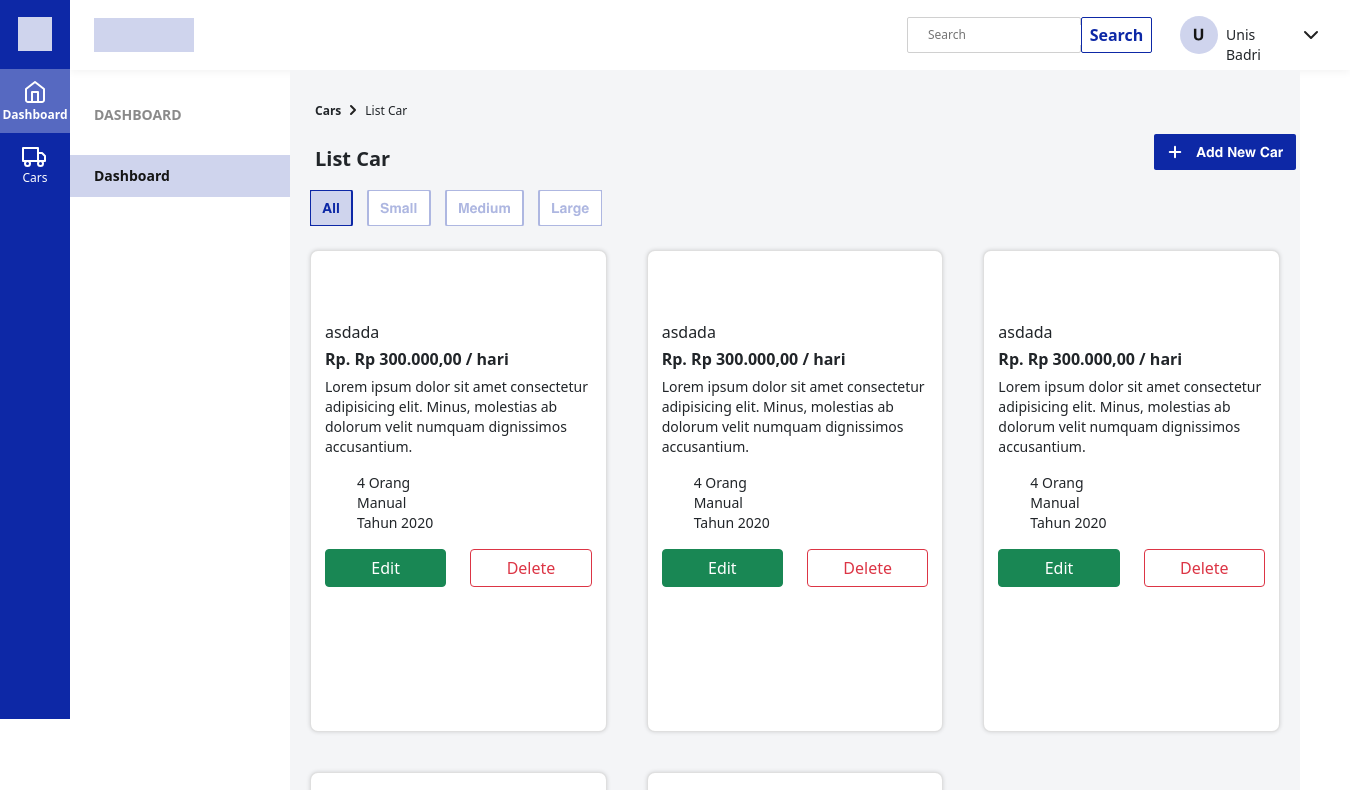
Repository: farrelmuhammad/challenge-7-binar
Page: /carlist
An editor plug-in stored every save of this project. The page is shown before and after the next save, followed by the edit.
The browser window is 1280 px wide. The page is 1350 px wide, so the pictures cover 1350 px, including what lies to the right of the window. The pictures show the whole page.
An inner scrolling area shows only its first screen. The project was rebuilt for these pictures with package versions that can differ from the ones it lists, and the page was loaded fresh each time. Also part of the build but not shown: src/component/navbar.js, src/component/header.js, src/component/footer.js, src/App.js, src/component/admin/Dashboard/index.jsx, src/pages/admin/Dashboard.js, src/component/searchForm.js, src/pages/cars.js.

Above is the page before, as saved 2022-05-27 20:03:21.

After the next save:
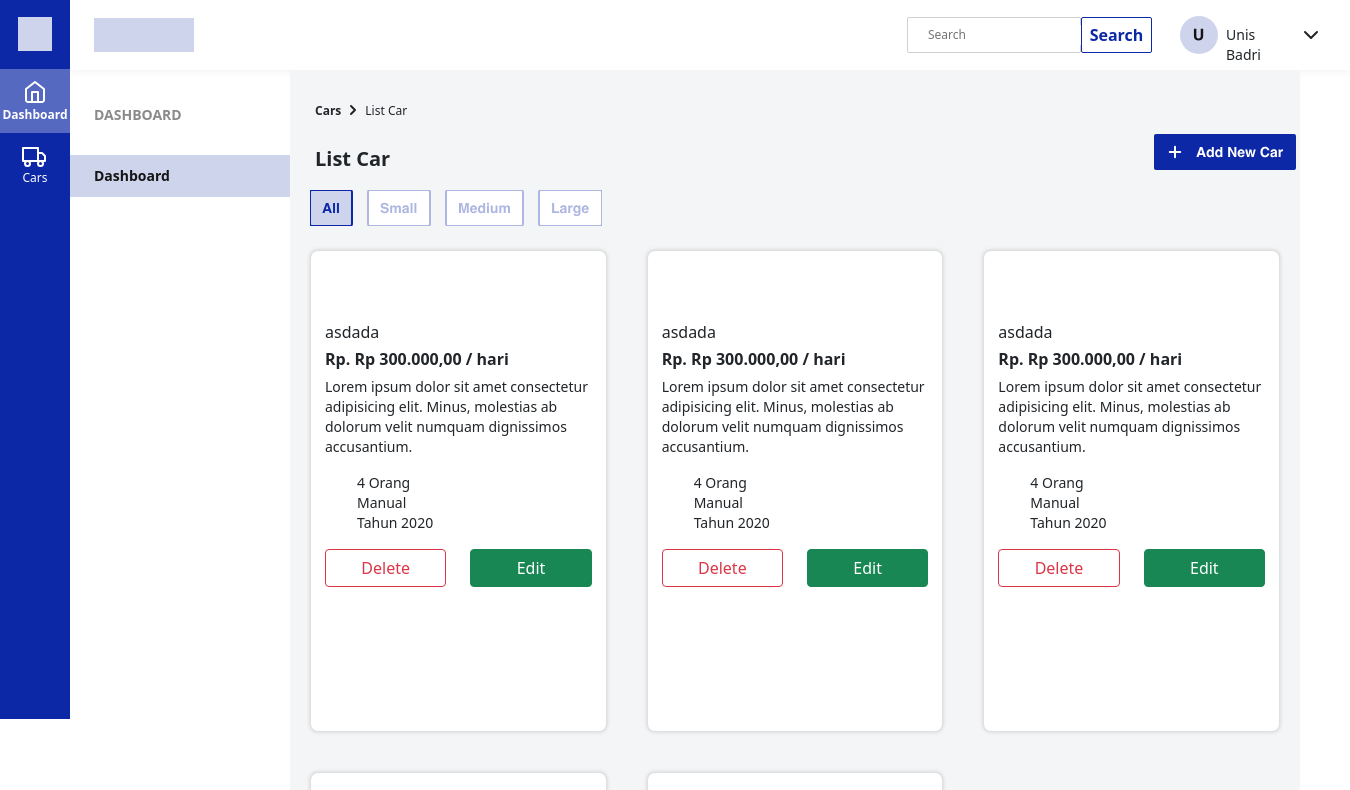
Saved 27 s later.
--- a/src/component/admin/Cars/index.jsx
+++ b/src/component/admin/Cars/index.jsx
@@ -89,10 +89,10 @@ const CarsListContent= () => {
                         </ul>
                         <div className="row">
                             <div className="col text-start">
-                                <Link to='/' className="btn btn-success text-white d-block">Edit</Link>
+                                <Link to='/' className="btn btn-outline-danger d-block">Delete</Link>
                             </div>
                             <div className="col text-end">
-                                <Link to='/' className="btn btn-outline-danger d-block">Delete</Link>
+                                <Link to='/' className="btn btn-success text-white d-block">Edit</Link>
                             </div>
                         </div>
                     </div>
